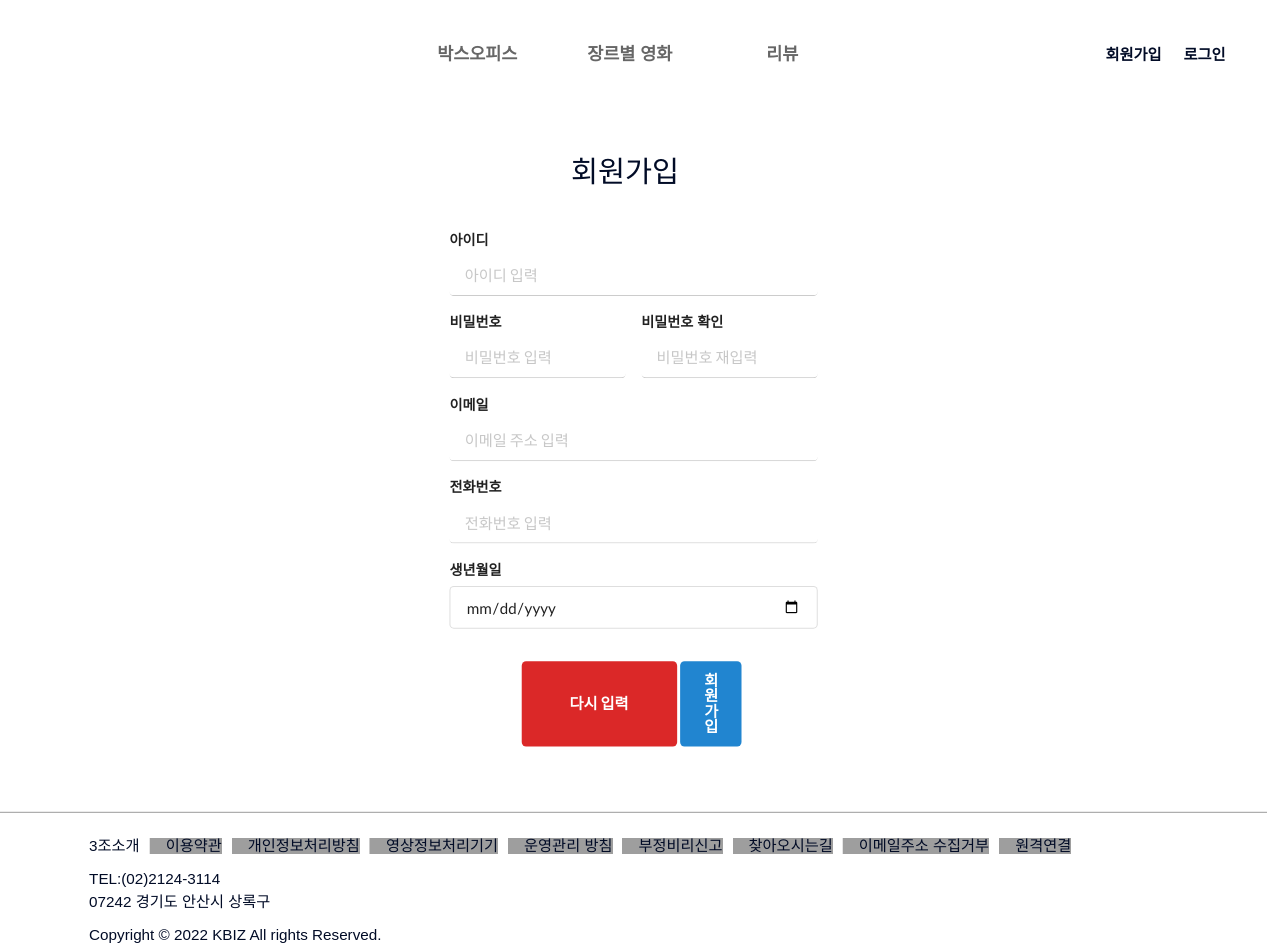
Repository: Minjeong204/project_Movie
Page: http://localhost/Movie/view/register.jsp
The author's editor kept a copy of each file at every save. The page is drawn from the files as they stood at one save, then again after the next save.
The browser window is 1280 px wide. The pictures show the whole page, at 99% of full size.
Pictures or frames that could not be fetched are drawn as grey boxes. Some web libraries are served in a nearby version. The page is served by Tomcat 9. Nobody is signed in. The application's start-up code is not run. The template is opened directly, without the code that normally fills it, so the values that code supplies are empty.

Above is the page before, as saved 2022-12-28 18:38:40.

After the next save:
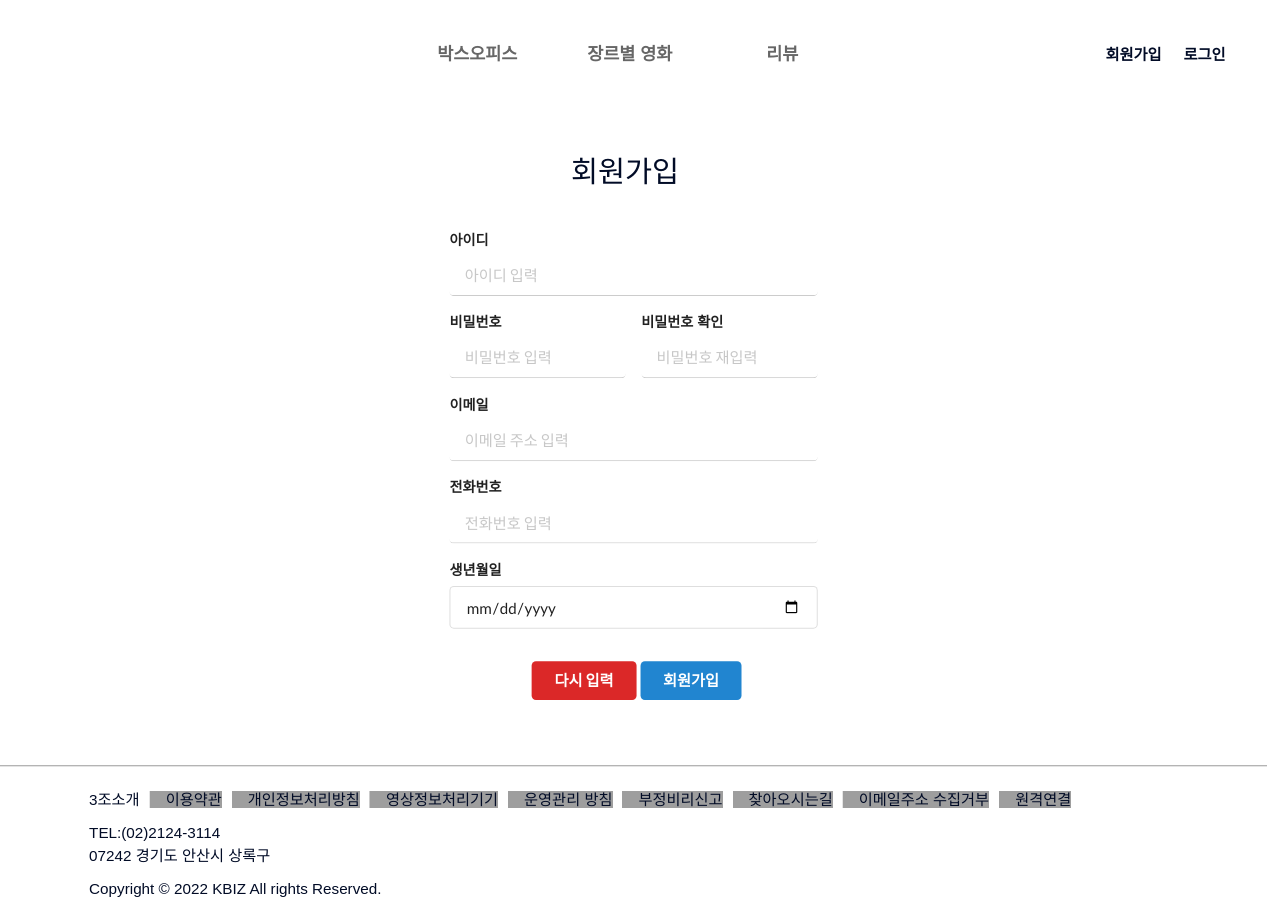
Saved 6 s later.
--- a/JSP-Project/Movie/WebContent/view/register.jsp
+++ b/JSP-Project/Movie/WebContent/view/register.jsp
@@ -52,7 +52,7 @@ if (request.getAttribute("regID") != null) {
 
 		<div class="field" id="reg_btn"
 			style="display: flex; justify-content: flex-end; margin-top: 30px;">
-			<button type="reset" class="joinbtn ui red button right" style="width: 400px;">다시 입력</button>
+			<button type="reset" class="joinbtn ui red button right">다시 입력</button>
 			<button type="button" class="joinbtn ui primary button right"
 				id="registerBtn">회원가입</button>
 			<input type="submit" id="registerSubmit" style="display: none;">
